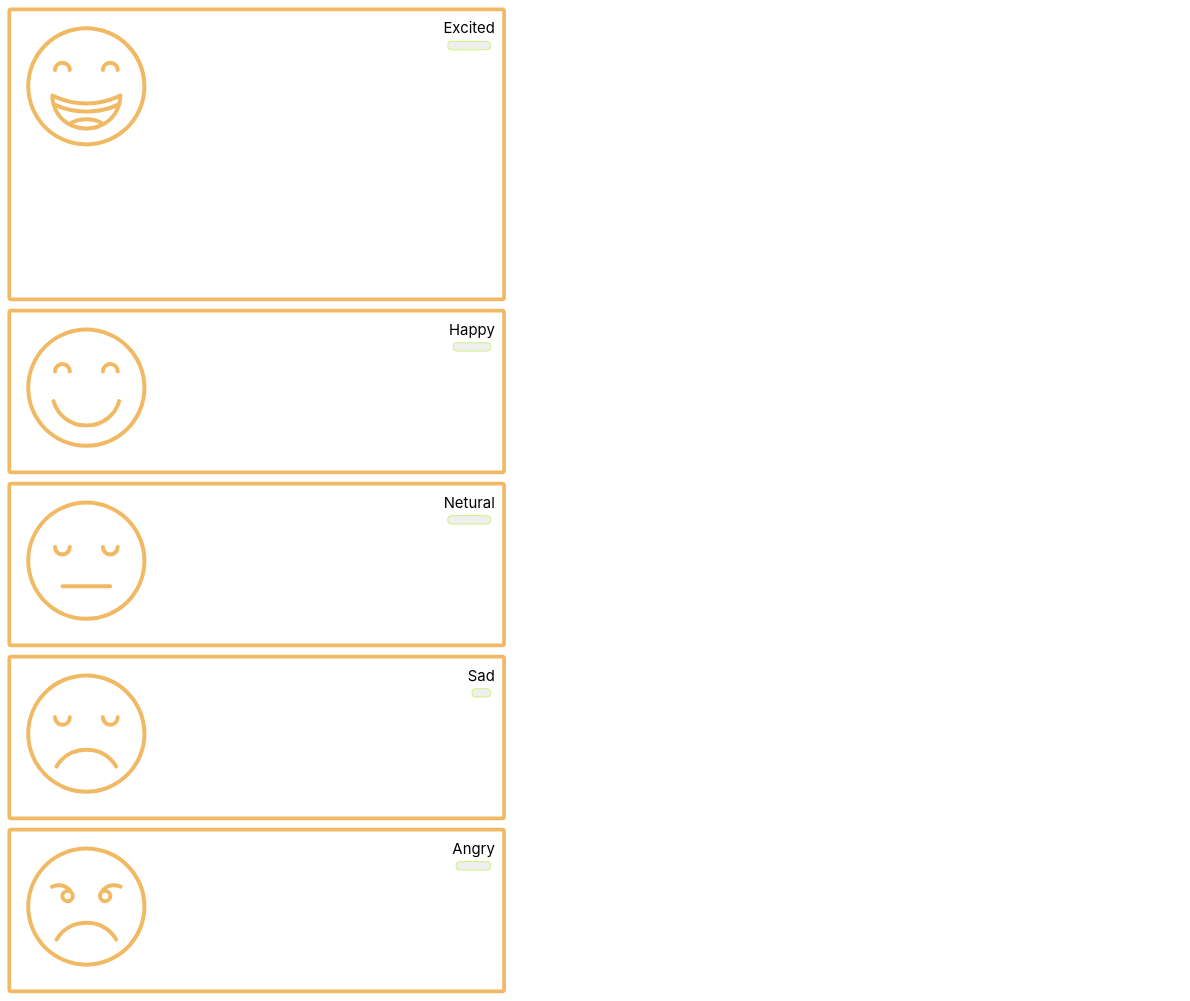
Repository: majakesin/moodify-app
Page: /
These files come from the project's save history. The page is drawn as it stood at one moment and after the next save; the edit follows.
The browser window is 1280 px wide. The pictures show the whole page, at 93% of full size.
The project was rebuilt for these pictures with package versions that can differ from the ones it lists, and the page was loaded fresh each time.

Above is the page before, as saved 2023-08-21 12:30:01.

### public/index.html
<!DOCTYPE html>
<html lang="en">
  <head>
    <meta charset="utf-8" />
    <link rel="icon" href="%PUBLIC_URL%/logo.svg" />
    <meta name="viewport" content="width=device-width, initial-scale=1" />
    <meta name="theme-color" content="#000000" />
    <meta
      name="description"
      content="Moodify -- App that gives yours ears the best music based on your mood"
    />
    <link rel="apple-touch-icon" href="%PUBLIC_URL%/logo.svg" />
    <!--
      manifest.json provides metadata used when your web app is installed on a
      user's mobile device or desktop. See https://developers.google.com/web/fundamentals/web-app-manifest/
    -->
    <link rel="manifest" href="%PUBLIC_URL%/manifest.json" />
    <!--
      Notice the use of %PUBLIC_URL% in the tags above.
      It will be replaced with the URL of the `public` folder during the build.
      Only files inside the `public` folder can be referenced from the HTML.

      Unlike "/favicon.ico" or "favicon.ico", "%PUBLIC_URL%/favicon.ico" will
      work correctly both with client-side routing and a non-root public URL.
      Learn how to configure a non-root public URL by running `npm run build`.
    -->
    <title>Moodify</title>
  </head>
  <body>
    <noscript>You need to enable JavaScript to run this app.</noscript>
    <div id="root"></div>
    <!--
      This HTML file is a template.
      If you open it directly in the browser, you will see an empty page.

      You can add webfonts, meta tags, or analytics to this file.
      The build step will place the bundled scripts into the <body> tag.

      To begin the development, run `npm start` or `yarn start`.
      To create a production bundle, use `npm run build` or `yarn build`.
    -->
  </body>
</html>

### src/App.js
import './App.css';
import {moods}  from 'src/data/moods'
import Mood from './components/Mood';

function App() {
  return (
    <div className="App">
      {moods.map(({type,icon}) => {
        return (<Mood type={type} icon={icon} />)
      })}
    </div>
  );
}

export default App;

### src/App.css

button {
  border: 1px solid var(--first-color);
  border-radius: 4px;
  padding: 4px;
  margin: 4px;
}

### src/data/moods.js
export const moods = [
    {
        type: 'Excited',
        icon: <svg id="SvgjsSvg1081" width="288" height="288" xmlns="http://www.w3.org/2000/svg" version="1.1" xmlnsXlink="http://www.w3.org/1999/xlink" xmlnsSvgjs="http://svgjs.com/svgjs">
                <defs id="SvgjsDefs1082"></defs>
                <g id="SvgjsG1083">
                    <svg xmlns="http://www.w3.org/2000/svg" data-name="Layer 1" viewBox="0 0 1012 1012" width="288" height="288">
                        <path fill="currentcolor" d="M416.51318,95.48682A226.99992,226.99992,0,1,0,95.48682,416.51318,226.99992,226.99992,0,1,0,416.51318,95.48682ZM256,468C139.103,468,44,372.897,44,256S139.103,44,256,44s212,95.103,212,212S372.897,468,256,468ZM137.5,202a7.50006,7.50006,0,0,0,7.5-7.5,20.5,20.5,0,0,1,41,0,7.5,7.5,0,0,0,15,0,35.5,35.5,0,0,0-71,0A7.50006,7.50006,0,0,0,137.5,202Zm181,0a7.50006,7.50006,0,0,0,7.5-7.5,20.5,20.5,0,0,1,41,0,7.5,7.5,0,0,0,15,0,35.5,35.5,0,0,0-71,0A7.50006,7.50006,0,0,0,318.5,202Zm69.95947,82.13037a7.49875,7.49875,0,0,0-7.27832-.356A284.51645,284.51645,0,0,1,257.5,313h-1.48a284.55042,284.55042,0,0,1-125.2002-29.2251A7.4999,7.4999,0,0,0,120,290.5a132.31839,132.31839,0,0,0,79.15625,121.32324A131.47888,131.47888,0,0,0,252.5,423h7a132.5854,132.5854,0,0,0,127.794-97.37988A133.06894,133.06894,0,0,0,392,290.5,7.5003,7.5003,0,0,0,388.45947,284.13037ZM259.5,408h-7a116.58888,116.58888,0,0,1-46.02222-9.36157C219.72205,391.8783,237.33752,388,256.002,388c18.66236,0,36.27466,3.87708,49.51734,10.63538A116.56076,116.56076,0,0,1,259.5,408Zm83.08691-34.41309a117.56809,117.56809,0,0,1-21.38024,16.93219C305.07166,379.48517,281.17847,373,256.002,373c-25.18383,0-49.0852,6.48932-65.22168,17.52966a116.81051,116.81051,0,0,1-46.07495-53.13611,299.90773,299.90773,0,0,0,111.31323,21.61036c.5044,0,1.01612-.00147,1.52051-.00391A300.023,300.023,0,0,0,367.2478,337.40454,117.86031,117.86031,0,0,1,342.58691,373.58691ZM373.6593,318.347A284.8703,284.8703,0,0,1,257.46094,344c-.49219.00293-.97412.00391-1.46387.00391a284.90227,284.90227,0,0,1-117.65942-25.65967,117.74477,117.74477,0,0,1-2.72388-15.77832A299.64178,299.64178,0,0,0,256.02,328h1.519a299.80874,299.80874,0,0,0,118.84668-25.43555A117.6884,117.6884,0,0,1,373.6593,318.347Z" class="color2c2b2d svgShape"></path>
                    </svg>
                </g>
             </svg>
    },
    {
        type: 'Happy',
        icon: <svg id="SvgjsSvg1102" width="288" xmlns="http://www.w3.org/2000/svg" version="1.1" xmlnsXlink="http://www.w3.org/1999/xlink" xmlnsSvgjs="http://svgjs.com/svgjs">
                <defs id="SvgjsDefs1103"></defs>
                <g id="SvgjsG1104">
                    <svg xmlns="http://www.w3.org/2000/svg" data-name="Layer 1" viewBox="0 0 1012 1012" width="288" height="288">
                        <path fill="currentcolor" d="M382.042,299.40674a7.496,7.496,0,0,0-9.21582,5.251A117.42927,117.42927,0,0,1,259.5,391h-7a117.41578,117.41578,0,0,1-113.32715-86.33447,7.49971,7.49971,0,1,0-14.46484,3.96875A132.417,132.417,0,0,0,252.5,406h7a132.58733,132.58733,0,0,0,127.793-97.37744A7.4999,7.4999,0,0,0,382.042,299.40674ZM416.51367,95.48682A227.00026,227.00026,0,0,0,95.48633,416.51318,227.00026,227.00026,0,0,0,416.51367,95.48682ZM256,468C139.10254,468,44,372.897,44,256S139.10254,44,256,44s212,95.103,212,212S372.89746,468,256,468ZM137.5,202a7.49974,7.49974,0,0,0,7.5-7.5,20.5,20.5,0,0,1,41,0,7.5,7.5,0,0,0,15,0,35.5,35.5,0,0,0-71,0A7.49974,7.49974,0,0,0,137.5,202Zm181,0a7.49974,7.49974,0,0,0,7.5-7.5,20.5,20.5,0,0,1,41,0,7.5,7.5,0,0,0,15,0,35.5,35.5,0,0,0-71,0A7.49974,7.49974,0,0,0,318.5,202Z" class="color2c2b2d svgShape"></path>
                    </svg>
                </g>
            </svg> ,
    },
    {
        type: 'Netural',
        icon: <svg id="SvgjsSvg1123" width="288" xmlns="http://www.w3.org/2000/svg" version="1.1" xmlnsXlink="http://www.w3.org/1999/xlink" xmlnsSvgjs="http://svgjs.com/svgjs">
                <defs id="SvgjsDefs1124"></defs>
                <g id="SvgjsG1125">
                    <svg xmlns="http://www.w3.org/2000/svg" data-name="Layer 1" viewBox="0 0 1012 1012" width="288" height="288">
                        <path fill="currentcolor" d="M201,204.5a7.5,7.5,0,0,0-15,0,20.5,20.5,0,0,1-41,0,7.5,7.5,0,0,0-15,0,35.5,35.5,0,0,0,71,0ZM374.5,197a7.50006,7.50006,0,0,0-7.5,7.5,20.5,20.5,0,0,1-41,0,7.5,7.5,0,0,0-15,0,35.5,35.5,0,0,0,71,0A7.50006,7.50006,0,0,0,374.5,197ZM416.51318,95.48682A226.99992,226.99992,0,1,0,95.48682,416.51318,226.99992,226.99992,0,1,0,416.51318,95.48682ZM256,468C139.103,468,44,372.897,44,256S139.103,44,256,44s212,95.103,212,212S372.897,468,256,468Zm90-123H166a7.5,7.5,0,0,0,0,15H346a7.5,7.5,0,0,0,0-15Z" class="color2c2b2d svgShape"></path>
                    </svg>
                </g>
            </svg>,
    },
    {
        type: 'Sad',
        icon: <svg id="SvgjsSvg1193" width="288" xmlns="http://www.w3.org/2000/svg" version="1.1" xmlnsXlink="http://www.w3.org/1999/xlink" xmlnsSvgjs="http://svgjs.com/svgjs">
                <defs id="SvgjsDefs1194"></defs>
                <g id="SvgjsG1195">
                    <svg xmlns="http://www.w3.org/2000/svg" data-name="Layer 1" viewBox="0 0 1012 1012" width="288" height="288">
                         <path fill="currentcolor" d="M165.5,230A35.54028,35.54028,0,0,0,201,194.5a7.5,7.5,0,0,0-15,0,20.5,20.5,0,0,1-41,0,7.5,7.5,0,0,0-15,0A35.54028,35.54028,0,0,0,165.5,230Zm209-43a7.50006,7.50006,0,0,0-7.5,7.5,20.5,20.5,0,0,1-41,0,7.5,7.5,0,0,0-15,0,35.5,35.5,0,0,0,71,0A7.50006,7.50006,0,0,0,374.5,187ZM353.19336,347.94678A132.16887,132.16887,0,0,0,259.5,309.14014h-7a131.47793,131.47793,0,0,0-53.34082,11.17529,133.55143,133.55143,0,0,0-62.24854,56.51221,7.50013,7.50013,0,0,0,13.07911,7.34472,118.4576,118.4576,0,0,1,55.21435-50.1289A116.57358,116.57358,0,0,1,252.5,324.14014h7a117.16738,117.16738,0,0,1,83.08691,34.41308,117.92616,117.92616,0,0,1,19.42432,25.62061,7.5,7.5,0,0,0,13.07715-7.34766A132.92018,132.92018,0,0,0,353.19336,347.94678Zm63.31982-252.46A226.99992,226.99992,0,1,0,95.48682,416.51318,226.99992,226.99992,0,1,0,416.51318,95.48682ZM256,468C139.103,468,44,372.897,44,256S139.103,44,256,44s212,95.103,212,212S372.897,468,256,468Z" class="color2c2b2d svgShape"></path>
                    </svg>
                </g>
            </svg>,
    },
    {
        type: 'Angry',
        icon: <svg id="SvgjsSvg1217" width="288" xmlns="http://www.w3.org/2000/svg" version="1.1" xmlnsXlink="http://www.w3.org/1999/xlink" xmlnSvgjs="http://svgjs.com/svgjs">
                <defs id="SvgjsDefs1218"></defs>
                     <g id="SvgjsG1219">
                        <svg xmlns="http://www.w3.org/2000/svg" data-name="Layer 1" viewBox="0 0 1012 1012" width="288" height="288">
                            <path fill="currentcolor" d="M353.19336,347.94629A132.1737,132.1737,0,0,0,259.5,309.13965h-7a131.5101,131.5101,0,0,0-53.3418,11.17578,133.55212,133.55212,0,0,0-62.24707,56.51172,7.49995,7.49995,0,0,0,13.07813,7.3457A118.46814,118.46814,0,0,1,205.20313,334.043,116.60013,116.60013,0,0,1,252.5,324.13965h7a117.16506,117.16506,0,0,1,83.08691,34.41406,117.92838,117.92838,0,0,1,19.42481,25.62012,7.49957,7.49957,0,1,0,13.07617-7.34766A132.91978,132.91978,0,0,0,353.19336,347.94629ZM416.51367,95.48682A227.00044,227.00044,0,0,0,95.48633,416.51367,227.00044,227.00044,0,0,0,416.51367,95.48682ZM256,468C139.10254,468,44,372.89746,44,256,44,139.103,139.10254,44,256,44s212,95.103,212,212C468,372.89746,372.89746,468,256,468ZM175.12207,188.29736c.96533.53955,1.88086,1.10938,2.769,1.69336a27.02454,27.02454,0,1,0,28.58863,9.52246,62.7776,62.7776,0,0,0-24.04029-24.31005c-27.82519-15.55176-56.1748-2.73292-59.31445-1.21973a7.49994,7.49994,0,1,0,6.50977,13.51367C132.05762,186.33057,153.91113,176.44189,175.12207,188.29736ZM185.12012,204a12,12,0,1,1-12,12A12.01344,12.01344,0,0,1,185.12012,204ZM388.875,173.9834c-3.1416-1.51367-31.49121-14.33447-59.31348,1.21924a62.778,62.778,0,0,0-24.04126,24.31054,26.989,26.989,0,1,0,28.58887-9.52234c.88843-.58435,1.804-1.15429,2.76978-1.694,21.21191-11.85743,43.06347-1.96631,45.48632-.79981A7.49994,7.49994,0,1,0,388.875,173.9834ZM338.87988,216a12,12,0,1,1-12-12A12.01343,12.01343,0,0,1,338.87988,216Z" class="color2c2b2d svgShape"></path>
                        </svg>
                    </g>
            </svg>
    }
]

### src/components/Mood/index.jsx
import styles from './index.module.css';

const Mood = (props) => {

    const { type, icon } = props;

    return (
        <div className={styles.card}>
            <div className={styles.icon}>
                {icon}
            </div>
            <div className={styles.content}>
               <span className={styles.title}> {type} </span>
             <button></button>
            </div>
        </div>
    )
};

export default Mood;

### src/components/Mood/index.module.css

@import '../../styles/variables.css';

.card {
    border: 4px solid var(--third-color);
    border-radius: 4px;
    margin: 8px;
    padding: 8px;
    display: flex;
    justify-content: space-between;
    width: 40vw;
}

.icon {
    color: var(--third-color);
}

.content {
    display: flex;
    flex-direction: column;

}

### src/styles/variables.css
:root,
    :root.rainbow {
        --first-color: #cbf078;
        --second-color: #f8f398;
        --third-color: #f1b963;
        --fourth-color: #e46161;
    }
    :root.blue {
        --first-color: #5585b5;
        --second-color: #53a8b6;
        --third-color: #79c2d0;
        --fourth-color: #bbe4e9;
    }
    :root.pink {
        --first-color: #45171d;
        --second-color: #e84a5f;
        --third-color: #ff847c;
        --fourth-color: #fecea8;

    }

Loaded but not shown: src/index.js (common file); src/index.css (common file); src/reportWebVitals.js (common file)

After the next save:
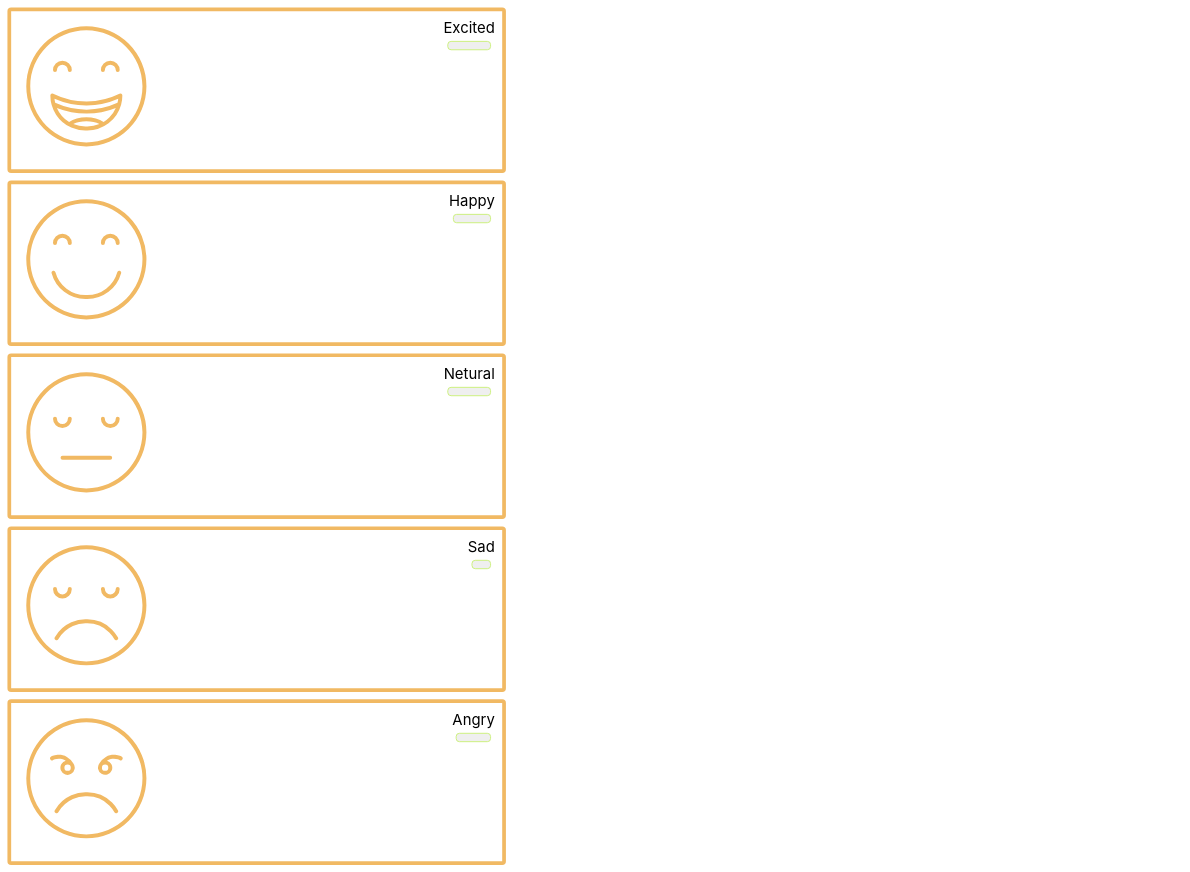
Saved 4 s later.
--- a/src/data/moods.js
+++ b/src/data/moods.js
@@ -1,7 +1,7 @@
 export const moods = [
     {
         type: 'Excited',
-        icon: <svg id="SvgjsSvg1081" width="288" height="288" xmlns="http://www.w3.org/2000/svg" version="1.1" xmlnsXlink="http://www.w3.org/1999/xlink" xmlnsSvgjs="http://svgjs.com/svgjs">
+        icon: <svg id="SvgjsSvg1081" width="288" xmlns="http://www.w3.org/2000/svg" version="1.1" xmlnsXlink="http://www.w3.org/1999/xlink" xmlnsSvgjs="http://svgjs.com/svgjs">
                 <defs id="SvgjsDefs1082"></defs>
                 <g id="SvgjsG1083">
                     <svg xmlns="http://www.w3.org/2000/svg" data-name="Layer 1" viewBox="0 0 1012 1012" width="288" height="288">
